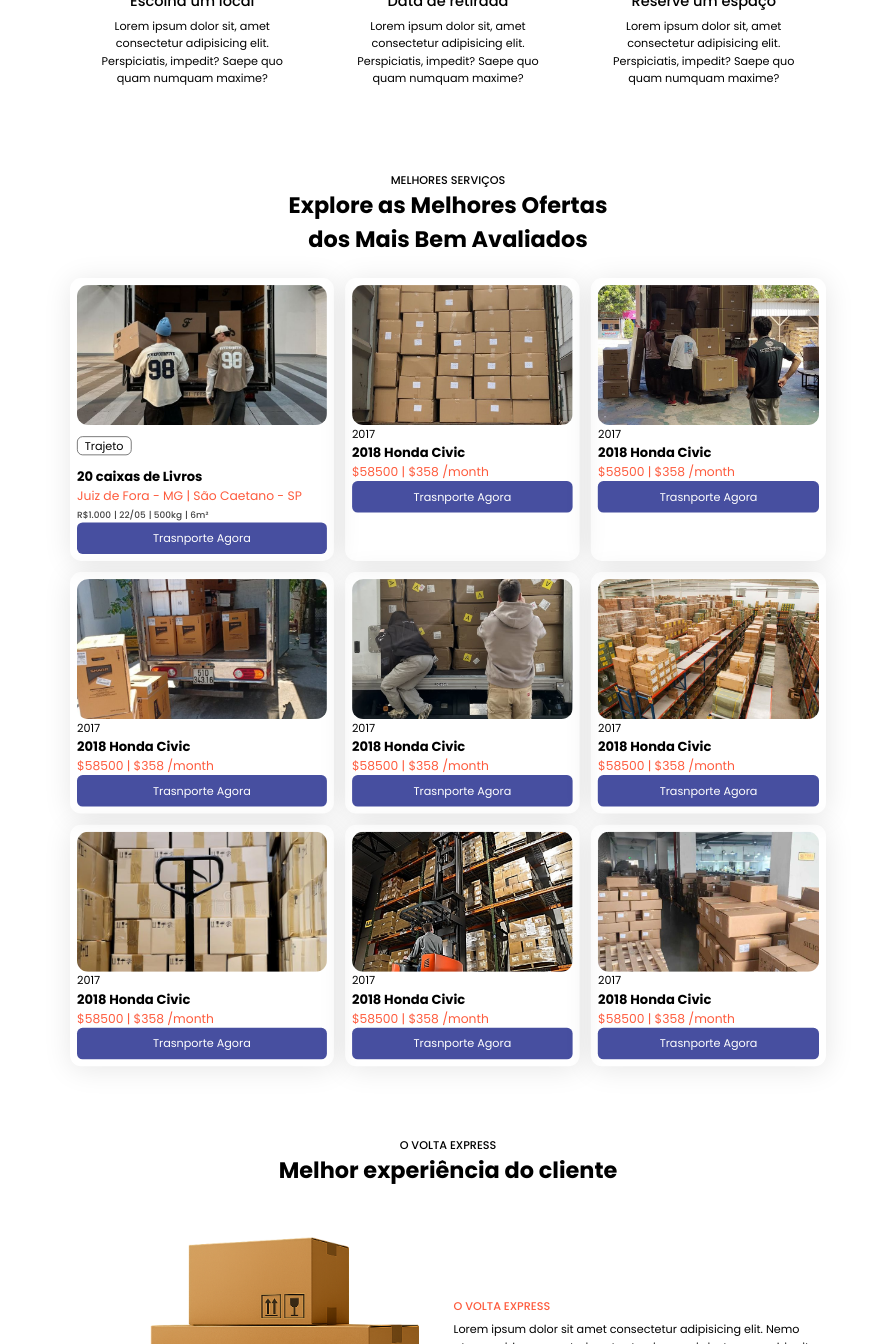
Repository: douglasabnovato/transportation
Page: index.html
An editor plug-in stored every save of this project. The page is shown before and after the next save, followed by the edit.
The browser window is 1280 px wide. The pictures show the part of the page from y = 985 to 2905 px (the page is 3982 px tall), at 70% of full size.

Above is the page before, as saved 2025-05-19 01:24:46.

### index.html
<!DOCTYPE html>
<html lang="en">
  <head>
    <meta charset="UTF-8" />
    <meta name="viewport" content="width=device-width, initial-scale=1.0" />
    <title>Transportation</title>
    <link
      rel="stylesheet"
      href="https://cdn.jsdelivr.net/npm/boxicons@latest/css/boxicons.min.css"
    />
    <link rel="stylesheet" href="./style.css" />
  </head>
  <body>
    <!-- Header -->
    <header>
      <a href="#" class="logo"
        ><img
          src="./assets/images-t/transportar-caixas/caixas.png"
          alt="logo da car rental"
          srcset=""
      /></a>
      <div class="bx bx-menu" id="menu-icon"></div>
      <ul class="navbar">
        <li><a href="#home">Home</a></li>
        <li><a href="#ride">Transportar </a></li>
        <li><a href="#services">Serviços</a></li>
        <li><a href="#about">O Volta Express</a></li>
        <li><a href="#reviews">Vantagens</a></li>
      </ul>
      <div class="header-btn">
        <a href="#" class="sign-up">Sign Up</a>
        <a href="#" class="sign-in">Sign In</a>
      </div>
    </header>

    <!-- Home -->
    <section class="home" id="home">
      <div class="text">
        <h1>
          <span>Procurando</span> mercadorias <br />
          para transportar
        </h1>
        <p>
          Lorem ipsum dolor sit amet consectetur adi <br />
          pisicing elit. Explicabo esse non fugiat!
        </p>
        <div class="app-stores">
          <img src="./assets/ios.png" alt="" />
          <img src="./assets/play.png" alt="" />
        </div>
      </div>
      <div class="form-container">
        <form action="">
          <div class="input-box">
            <span>Location</span>
            <input type="search" name="" id="" placeholder="Search Places" />
          </div>
          <div class="input-box">
            <span>Pick-Up Date</span>
            <input type="date" name="" id="" />
          </div>
          <div class="input-box">
            <span>Return Date</span>
            <input type="date" name="" id="" />
          </div>
          <input type="submit" name="" id="" class="btn" />
        </form>
      </div>
    </section>

    <!-- Ride -->
    <section class="ride" id="ride">
      <div class="heading">
        <span>Como funciona</span>
        <h1>Transporte em 3 etapas fáceis</h1>
      </div>
      <div class="ride-container">
        <div class="box">
          <i class="bx bxs-map"></i>
          <h2>Escolha um local</h2>
          <p>
            Lorem ipsum dolor sit, amet consectetur adipisicing elit.
            Perspiciatis, impedit? Saepe quo quam numquam maxime?
          </p>
        </div>
        <div class="box">
          <i class="bx bxs-calendar-check"></i>
          <h2>Data de retirada</h2>
          <p>
            Lorem ipsum dolor sit, amet consectetur adipisicing elit.
            Perspiciatis, impedit? Saepe quo quam numquam maxime?
          </p>
        </div>
        <div class="box">
          <i class="bx bxs-calendar-star"></i>
          <h2>Reserve um espaço</h2>
          <p>
            Lorem ipsum dolor sit, amet consectetur adipisicing elit.
            Perspiciatis, impedit? Saepe quo quam numquam maxime?
          </p>
        </div>
      </div>
    </section>

    <!-- Services -->
    <section class="services" id="services">
      <div class="heading">
        <span>Melhores Serviços</span>
        <h1>
          Explore as Melhores Ofertas <br />
          dos Mais Bem Avaliados
        </h1>
      </div>
      <div class="services-container">
        <div class="box">
          <div class="box-img">
            <img
              src="./assets/images-t/transportar-caixas/caminhao-caixas-1.jpg"
              alt="car1"
            />
          </div>
          <p class="infos">Trajeto</p>
          <h3>20 caixas de Livros</h3>
          <h2>Juiz de Fora - MG | São Caetano - SP</h2>
          <p>
            <span> R$1.000</span>
            <span> | 22/05</span>
            <span> | 500kg</span>
            <span> | 6m²</span>
          </p>

          <a href="#" class="btn">Trasnporte Agora</a>
        </div>

        <div class="box">
          <div class="box-img">
            <img
              src="./assets/images-t/transportar-caixas/caminhao-caixas-2.jpg"
              alt="car1"
            />
          </div>
          <p>2017</p>
          <h3>2018 Honda Civic</h3>
          <h2>$58500 | $358 <span> /month</span></h2>
          <a href="#" class="btn">Trasnporte Agora</a>
        </div>

        <div class="box">
          <div class="box-img">
            <img
              src="./assets/images-t/transportar-caixas/caminhao-caixas-3.jpg"
              alt="car1"
            />
          </div>
          <p>2017</p>
          <h3>2018 Honda Civic</h3>
          <h2>$58500 | $358 <span> /month</span></h2>
          <a href="#" class="btn">Trasnporte Agora</a>
        </div>

        <div class="box">
          <div class="box-img">
            <img
              src="./assets/images-t/transportar-caixas/caminhao-caixas-4.jpg"
              alt="car1"
            />
          </div>
          <p>2017</p>
          <h3>2018 Honda Civic</h3>
          <h2>$58500 | $358 <span> /month</span></h2>
          <a href="#" class="btn">Trasnporte Agora</a>
        </div>

        <div class="box">
          <div class="box-img">
            <img
              src="./assets/images-t/transportar-caixas/caminhao-caixas-5.jpg"
              alt="car1"
            />
          </div>
          <p>2017</p>
          <h3>2018 Honda Civic</h3>
          <h2>$58500 | $358 <span> /month</span></h2>
          <a href="#" class="btn">Trasnporte Agora</a>
        </div>

        <div class="box">
          <div class="box-img">
            <img
              src="./assets/images-t/transportar-caixas/deposito-1.jpg"
              alt="car1"
            />
          </div>
          <p>2017</p>
          <h3>2018 Honda Civic</h3>
          <h2>$58500 | $358 <span> /month</span></h2>
          <a href="#" class="btn">Trasnporte Agora</a>
        </div>

        <div class="box">
          <div class="box-img">
            <img
              src="./assets/images-t/transportar-caixas/deposito-2.jpg"
              alt="car1"
            />
          </div>
          <p>2017</p>
          <h3>2018 Honda Civic</h3>
          <h2>$58500 | $358 <span> /month</span></h2>
          <a href="#" class="btn">Trasnporte Agora</a>
        </div>

        <div class="box">
          <div class="box-img">
            <img
              src="./assets/images-t/transportar-caixas/deposito-3.jpg"
              alt="car1"
            />
          </div>
          <p>2017</p>
          <h3>2018 Honda Civic</h3>
          <h2>$58500 | $358 <span> /month</span></h2>
          <a href="#" class="btn">Trasnporte Agora</a>
        </div>

        <div class="box">
          <div class="box-img">
            <img
              src="./assets/images-t/transportar-caixas/deposito-4.jpg"
              alt="car1"
            />
          </div>
          <p>2017</p>
          <h3>2018 Honda Civic</h3>
          <h2>$58500 | $358 <span> /month</span></h2>
          <a href="#" class="btn">Trasnporte Agora</a>
        </div>
      </div>
    </section>

    <!-- About -->
    <section class="about" id="about">
      <div class="heading">
        <span>O VOLTA EXPRESS</span>
        <h1>Melhor experiência do cliente</h1>
      </div>
      <div class="about-container">
        <div class="about-img">
          <img src="./assets/images-t/transportar-caixas/caixas.png" alt="" />
        </div>
        <div class="about-text">
          <span>O VOLTA EXPRESS</span>
          <p>
            Lorem ipsum dolor sit amet consectetur adipisicing elit. Nemo atque
            quidem excepturi sunt est qui corporis iusto quo nobis vitae
            molestias veniam deleniti fugiat, beatae iste doloribus rerum
            officiis iure voluptates perferendis eaque ratione?
          </p>
          <a href="#" class="btn">Learn More</a>
        </div>
      </div>
    </section>

    <!-- Reviews -->
    <section class="reviews" id="reviews">
      <div class="heading">
        <span>Vantagens</span>
        <h1>A opção onde e quando precisar</h1>
      </div>
      <div class="reviews-container">
        <div class="box">
          <div class="rev-img">
            <img
              src="./assets/images-t/caminhoneiro/caminhoneiro-1.png"
              alt=""
            />
          </div>
          <h2>A carga mais perto de você</h2>
          <div class="stars">
            <i class="bx bxs-star"></i>
            <i class="bx bxs-star"></i>
            <i class="bx bxs-star"></i>
            <i class="bx bxs-star"></i>
            <i class="bx bxs-star-half"></i>
          </div>
          <p>
            Lorem ipsum dolor sit amet consectetur adipisicing elit. Explicabo
            qui similique laborum hic molestiae. Quaerat ipsa cum sit.
          </p>
        </div>
        <div class="box">
          <div class="rev-img">
            <img
              src="./assets/images-t/caminhoneiro/caminhoneiro-2.png"
              alt=""
            />
          </div>
          <h2>Informações para o seu planejamento</h2>
          <div class="stars">
            <i class="bx bxs-star"></i>
            <i class="bx bxs-star"></i>
            <i class="bx bxs-star"></i>
            <i class="bx bxs-star"></i>
            <i class="bx bxs-star-half"></i>
          </div>
          <p>
            Lorem ipsum dolor sit amet consectetur adipisicing elit. Explicabo
            qui similique laborum hic molestiae. Quaerat ipsa cum sit.
          </p>
        </div>
        <div class="box">
          <div class="rev-img">
            <img
              src="./assets/images-t/caminhoneiro/caminhoneiro-1.png"
              alt=""
            />
          </div>
          <h2>Sempre tem o que transportar</h2>
          <div class="stars">
            <i class="bx bxs-star"></i>
            <i class="bx bxs-star"></i>
            <i class="bx bxs-star"></i>
            <i class="bx bxs-star"></i>
            <i class="bx bxs-star-half"></i>
          </div>
          <p>
            Lorem ipsum dolor sit amet consectetur adipisicing elit. Explicabo
            qui similique laborum hic molestiae. Quaerat ipsa cum sit.
          </p>
        </div>
      </div>
    </section>

    <!-- Newsletter -->
    <section class="newsletter">
      <h2>Subscribe To Newsletter</h2>
      <div class="box">
        <input type="text" placeholder="Enter Your E-mail ..." />
        <a href="#" class="btn">Subscribe</a>
      </div>
    </section>

    <!-- Copyright -->
    <div class="copyright">
      <p>&#169; @douglasabnovato All Right Reserved</p>
      <div class="social">
        <a href="#"><i class="bx bxl-facebook"></i></a>
        <a href="#"><i class="bx bxl-twitter"></i></a>
        <a href="#"><i class="bx bxl-instagram"></i></a>
      </div>
    </div>

    <!-- scrollreveal -->
    <script src="https://unpkg.com/scrollreveal"></script>

    <!-- Link to JS -->
    <script src="./script.js"></script>
  </body>
</html>

### style.css
@import url("https://fonts.googleapis.com/css2?family=Noto+Sans:ital,wght@0,100..900;1,100..900&family=Poppins:ital,wght@0,100;0,200;0,300;0,400;0,500;0,600;0,700;0,800;0,900;1,100;1,200;1,300;1,400;1,500;1,600;1,700;1,800;1,900&display=swap");

* {
  margin: 0;
  padding: 0;
  box-sizing: border-box;
  scroll-padding-top: 2rem;
  scroll-behavior: smooth;
  list-style: none;
  text-decoration: none;
  font-family: "Poppins", sans-serif;
}

:root {
  --main-color: #fe5b3d;
  --second-color: #ffac38;
  --text-color: #444;
  --gradient: linear-gradient(#fe5b3d, #ffac38);
}

html::-webkit-scrollbar {
  width: 0.5rem;
}

html::-webkit-scrollbar-track {
  background: transparent;
}

html::-webkit-scrollbar-thumb {
  background: var(--main-color);
  border-radius: 5rem;
}

section {
  padding: 50px 100px;
}

/* Header */

header {
  position: fixed;
  width: 100%;
  top: 0;
  right: 0;
  z-index: 1000;
  display: flex;
  align-items: center;
  justify-content: space-between;
  background: #eeeff1;
  padding: 15px 100px;
}

.logo img {
  width: 48px;
}

.navbar {
  display: flex;
}

.navbar li {
  position: relative;
}

.navbar a {
  font-size: 1rem;
  padding: 10px 20px;
  color: var(--text-color);
  font-weight: 500;
}

.navbar a:after {
  content: "";
  width: 0;
  height: 3px;
  background: var(--gradient);
  position: absolute;
  bottom: -4px;
  left: 0;
  transition: 0.5s;
}

.navbar a:hover::after {
  width: 100%;
}

#menu-icon {
  font-size: 24px;
  cursor: pointer;
  z-index: 10001;
  display: none;
}

.header-btn a {
  padding: 10px 20px;
  color: var(--text-color);
  font-weight: 500;
}

.header-btn .sign-in {
  background: #474fa0;
  color: #fff;
  border-radius: 0.5rem;
}

.header-btn .sign-in:hover {
  background: var(--main-color);
}

/* Home */
.home {
  width: 100%;
  min-height: 100vh;
  position: relative;
  background: url(./assets/images-t/transportar-caixas/banner-caixas.png);
  background-repeat: no-repeat;
  background-position: center right;
  background-size: cover;
  display: grid;
  align-items: center;
  grid-template-columns: repeat(2, 1fr);
}

.text h1 {
  font-size: 3.5rem;
  letter-spacing: 2px;
}

.text span {
  color: var(--main-color);
}

.text p {
  margin: 0.5rem 0 1rem;
}

.app-stores {
  display: flex;
}

.app-stores img {
  width: 100px;
  margin-right: 1rem;
  cursor: pointer;
}

.form-container form {
  display: flex;
  flex-wrap: wrap;
  align-items: center;
  gap: 1rem;
  position: absolute;
  bottom: 4rem;
  left: 100px;
  background: #fff;
  padding: 20px;
  border-radius: 0.5rem;
}

.input-box {
  flex: 1 1 7rem;
  display: flex;
  flex-direction: column;
}

.input-box span {
  font-weight: 500;
}

.input-box input {
  padding: 7px;
  outline: none;
  border: none;
  background: #eeeff1;
  border-radius: 0.5rem;
  font-size: 1rem;
}

.form-container form .btn {
  flex: 1 1 7rem;
  padding: 10px 34px;
  border: none;
  border-radius: 0.5rem;
  background: #474fa0;
  color: #fff;
  font-size: 1rem;
  font-weight: 500;
}

.form-container form .btn:hover {
  background: var(--main-color);
  cursor: pointer;
}

/* Ride */
.heading {
  text-align: center;
}

.heading span {
  font-weight: 500;
  text-transform: uppercase;
}

.heading h1 {
  font-size: 2rem;
}

.ride-container {
  display: grid;
  align-items: center;
  grid-template-columns: repeat(auto-fit, minmax(250px, auto));
  gap: 1rem;
  margin-top: 2rem;
}

.ride-container .box {
  text-align: center;
  padding: 20px;
}

.ride-container .box .bx {
  font-size: 34px;
  padding: 10px;
  background: #eeeff1;
  border-radius: 0.5rem;
  color: var(--main-color);
}

.ride-container .box h2 {
  font-size: 1.3rem;
  font-weight: 500;
  margin: 1.4rem 0 0.5rem;
}

.ride-container .box .bx:hover,
.ride-container .box .bx .bxs-calendar-star {
  background: var(--gradient);
  color: #fff;
}

/* Services */
.services-container {
  display: grid;
  grid-template-columns: repeat(auto-fit, minmax(300px, auto));
  gap: 1rem;
  margin-top: 2rem;
}

.services-container .box {
  padding: 10px;
  border-radius: 1rem;
  box-shadow: 1px 4px 41px rgba(0, 0, 0, 0.1);
}

.services-container .box .box-img {
  width: 100%;
  height: 200px;
}

.services-container .box .box-img img {
  width: 100%;
  height: 100%;
  border-radius: 1rem;
  object-fit: cover;
  object-position: center;
}

.services-container .box p.infos {
  padding: 0 10px;
  border: 1px solid var(--text-color);
  width: 78px;
  border-radius: 0.5rem;
  margin: 1rem 0 1rem;
}

.services-container .box h2 {
  font-size: 1.1rem;
  font-weight: 400;
  color: var(--main-color);
}

.services-container .box p span {
  font-size: 0.8rem;
  font-weight: 500;
  color: var(--text-color);
}

.services-container .box .btn {
  display: flex;
  justify-content: center;
  background: #474fa0;
  color: #fff;
  padding: 10px;
  border-radius: 0.5rem;
}

.services-container .box .btn:hover {
  background: var(--main-color);
}

/* About */
.about-container {
  display: grid;
  grid-template-columns: repeat(2, 1fr);
  margin-top: 2rem;
  align-items: center;
  gap: 1rem;
}

.about-img img {
  width: 100%;
}

.about-text span {
  font-weight: 500;
  color: var(--main-color);
  text-transform: uppercase;
}

.about-text p {
  margin: 0.5rem 0 1.4rem;
}

.about-text .btn {
  padding: 10px 20px;
  background: #474fa0;
  color: #fff;
  border-radius: 0.5rem;
}

.about-text .btn:hover {
  background: var(--main-color);
}

/* Review */
.reviews-container {
  display: grid;
  grid-template-columns: repeat(auto-fit, minmax(250px, auto));
  gap: 1rem;
  margin-top: 2rem;
}

.rev-img {
  width: 70px;
  height: 70px;
}

.rev-img img {
  width: 100%;
  height: 100%;
  border-radius: 50%;
  object-fit: cover;
  object-position: center;
  border: 2px solid var(--second-color);
}

.reviews-container .box {
  display: flex;
  flex-direction: column;
  align-items: center;
  text-align: center;
  padding: 20px;
  box-shadow: 1px 4px 41px rgba(0, 0, 0, 0.1);
  border-radius: 0.5rem;
}

.reviews-container .box h2 {
  font-size: 1.1rem;
  font-weight: 600;
  margin: 0.5rem 0 0.5rem;
}

.reviews-container .box p {
  font-style: italic;
}

.reviews-container .box .stars .bx {
  color: var(--main-color);
}

/* Newsletter */
.newsletter {
  background: linear-gradient(to top right, #fe5b3d, #ffac38);
  display: flex;
  flex-direction: column;
  align-items: center;
}

.newsletter h2 {
  color: #fff;
  font-size: 1.8rem;
}

.newsletter .box {
  margin-top: 1rem;
  background: #fff;
  border-radius: 0.5rem;
  padding: 4px 8px;
  width: 350px;
  display: flex;
  justify-content: space-between;
}

.newsletter .box input {
  border: none;
  outline: none;
}

.newsletter .box .btn {
  background: #474fa0;
  color: #fff;
  padding: 8px 20px;
  border-radius: 0.5rem;
}

/* Copyright */
.copyright {
  padding: 20px;
  display: flex;
  justify-content: space-between;
  align-items: center;
}

.social a {
  color: #444;
  padding: 10px;
  font-size: 21px;
  transition: font-size 2s;
}

.social a:hover {
  font-size: 24px;
  color: #fe5b3d;
}

/* Responsive */

@media screen and (max-width: 991px) {
  header {
    padding: 18px 40px;
  }
  section {
    padding: 80px 40px;
  }
}

@media screen and (max-width: 891px) {
  .home {
    background-position: left;
  }
  .form-container form {
    bottom: 0.2rem;
    left: 40px;
  }
}

@media screen and (max-width: 768px) {
  header {
    padding: 11px 40px;
  }

  #menu-icon {
    display: initial;
  }

  .sign-up {
    display: none;
  }

  .text h2 {
    font-size: 2.5rem;
  }

  .home {
    grid-template-columns: 1fr;
  }

  .form-container form {
    position: unset;
  }

  header .navbar {
    position: absolute;
    top: -500px;
    left: 0;
    right: 0;
    display: flex;
    flex-direction: column;
    background: #fff;
    box-shadow: 0 4px 4px rgba(0, 0, 0, 0.1);
    transition: 0.2 ease;
    text-align: left;
  }

  .navbar.active {
    top: 100%;
  }

  .navbar a {
    padding: 1rem;
    border-left: 2px solid var(--main-color);
    margin: 1rem;
    display: block;
  }

  .navbar a:hover {
    color: #fff;
    background: var(--main-color);
    border: none;
  }

  .navbar a::after {
    display: none;
  }

  .heading span {
    font-size: 0.9rem;
    font-weight: 600;
  }

  .heading h1 {
    font-size: 1.3rem;
  }

  .about-container {
    grid-template-columns: 1fr;
    text-align: center;
  }

  .about-img {
    padding: 1rem;
    order: 2;
  }
}

@media screen and (max-width: 568px) {
  .copyright {
    flex-direction: column;
  }

  .newsletter .box {
    width: 284px;
  }

  .form-container {
    padding-top: 2rem;
  }
}

@media screen and (max-width: 350px) {
  header {
    padding: 6px 14px;
  }

  .logo img {
    width: 30px;
  }

  section {
    padding: 50px 14px;
  }

  .header-btn .sign-in {
    padding: 7px 10px;
    font-size: 14px;
    font-weight: 400;
  }

  .text h1 {
    font-size: 2rem;
  }

  .services-container {
    grid-template-columns: repeat(auto-fit, minmax(254px, auto));
  }
}

### script.js
/**
 * Menu Header responsive
 */
let menu = document.querySelector("#menu-icon");
let navbar = document.querySelector(".navbar");

menu.onclick = () => {
  menu.classList.toggle("bx-x");
  navbar.classList.toggle("active");
};

window.onscroll = () => {
  menu.classList.remove("bx-x");
  navbar.classList.remove("active");
};
/**
 * Scrollrevel
 */
const sr = ScrollReveal({
  distance: "60px",
  duration: 2500,
  delay: 400,
  reset: true,
});

sr.reveal(".text", { delay: 200, origin: "top" });
sr.reveal(".form-container form", { delay: 800, origin: "left" });
sr.reveal(".heading", { delay: 800, origin: "top" });
sr.reveal(".ride-container .box", { delay: 600, origin: "top" });
sr.reveal(".services-container .box", { delay: 600, origin: "top" });
sr.reveal(".about-container .box", { delay: 600, origin: "top" });
sr.reveal(".reviews-container", { delay: 600, origin: "top" });
sr.reveal(".newsletter .box", { delay: 400, origin: "bottom" });

After the next save:
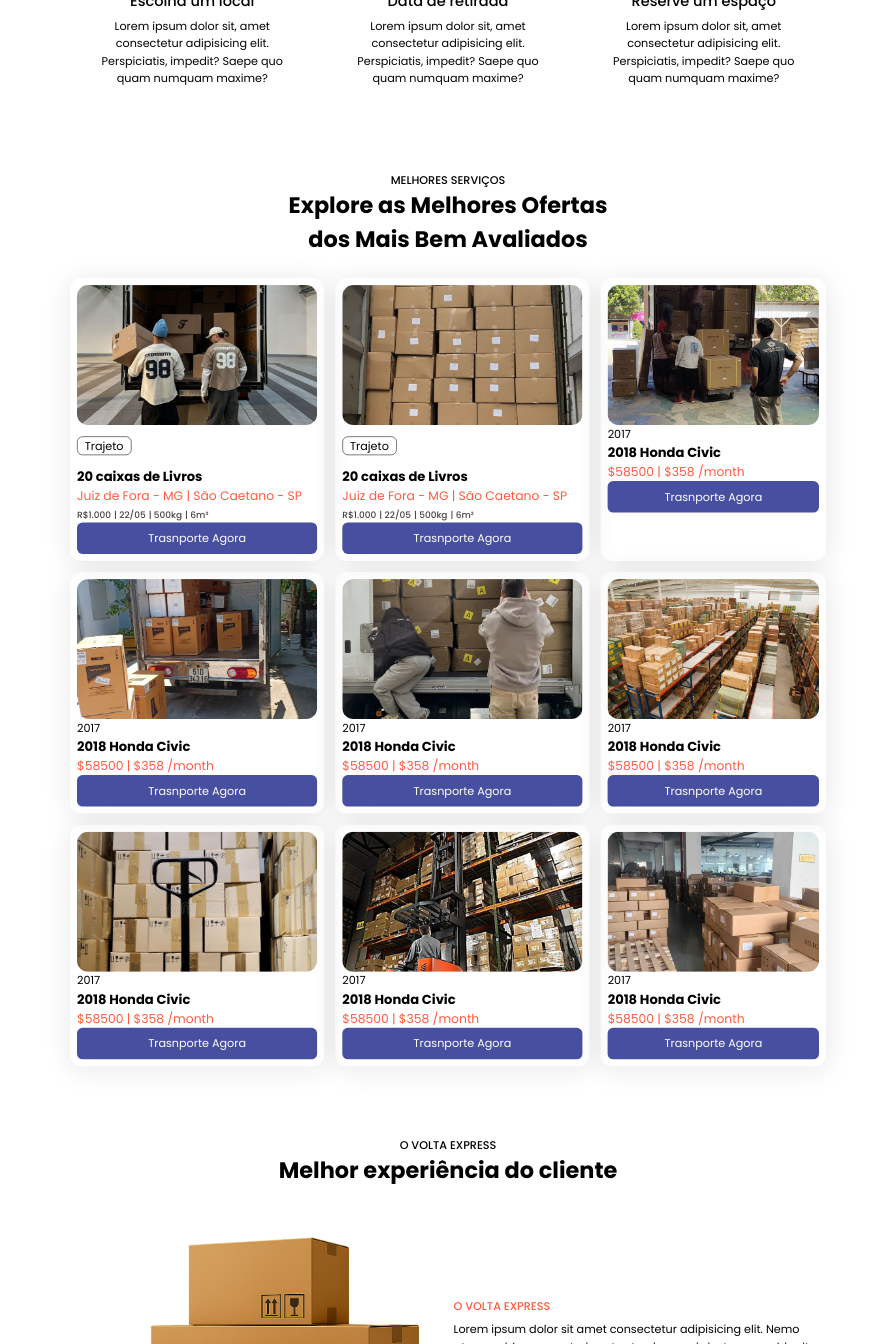
Saved 68 s later.
--- a/index.html
+++ b/index.html
@@ -128,7 +128,6 @@
             <span> | 500kg</span>
             <span> | 6m²</span>
           </p>
-
           <a href="#" class="btn">Trasnporte Agora</a>
         </div>
 
@@ -139,9 +138,15 @@
               alt="car1"
             />
           </div>
-          <p>2017</p>
-          <h3>2018 Honda Civic</h3>
-          <h2>$58500 | $358 <span> /month</span></h2>
+          <p class="infos">Trajeto</p>
+          <h3>20 caixas de Livros</h3>
+          <h2>Juiz de Fora - MG | São Caetano - SP</h2>
+          <p>
+            <span> R$1.000</span>
+            <span> | 22/05</span>
+            <span> | 500kg</span>
+            <span> | 6m²</span>
+          </p>
           <a href="#" class="btn">Trasnporte Agora</a>
         </div>
 
